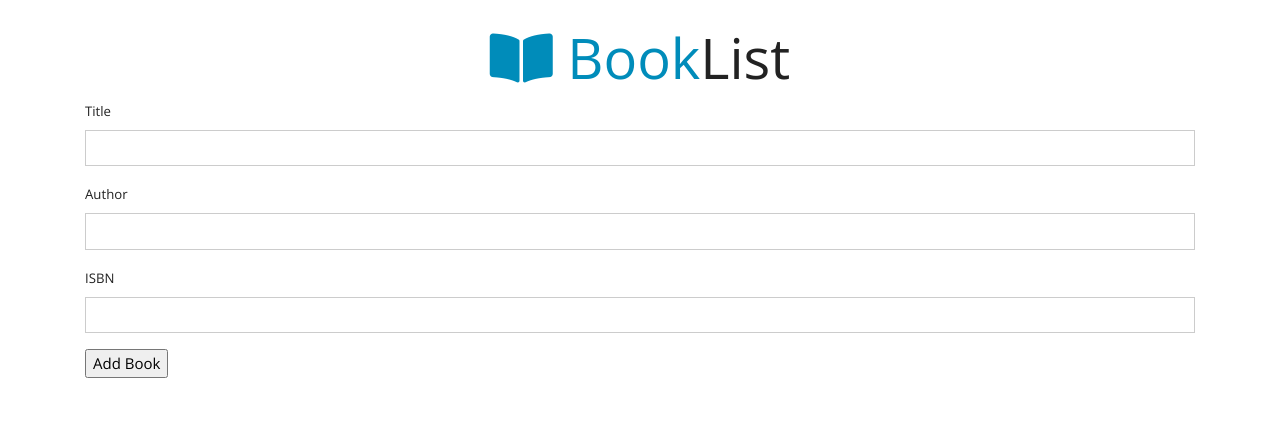
Repository: carrascomcesar/JSBOOKLIST
Page: index.html
The author's editor kept a copy of each file at every save. The page is drawn from the files as they stood at one save, then again after the next save.
The browser window is 1280 px wide. The pictures show the whole page.
Some web libraries are served in a nearby version.

Above is the page before, as saved 2021-02-01 10:42:48.

After the next save:
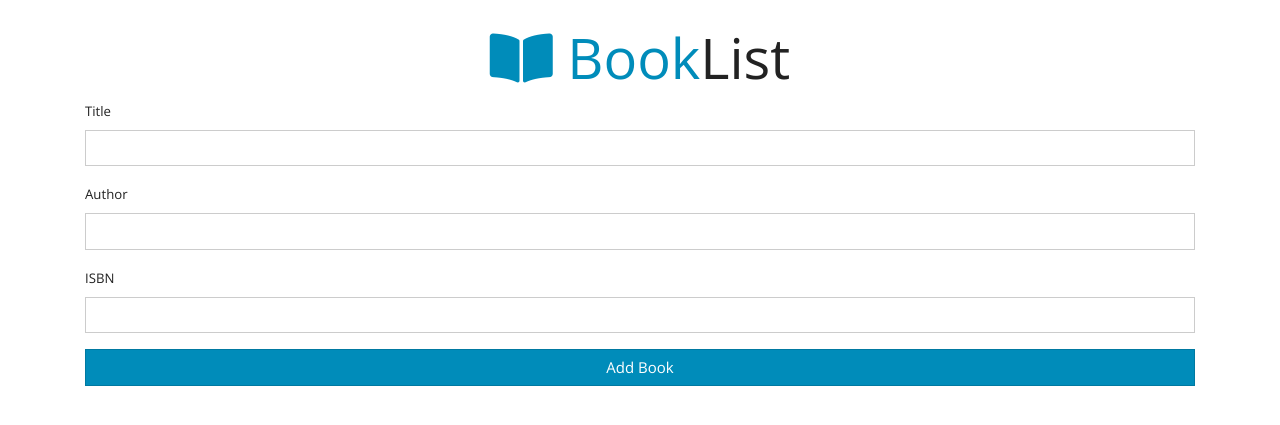
Saved 7 s later.
--- a/index.html
+++ b/index.html
@@ -28,7 +28,7 @@
                 <label for="isbn">ISBN</label>
                 <input type="text" name="" id="isbn" class="form-control">
             </div>
-            <input type="submit" value="Add Book">
+            <input type="submit" value="Add Book" class="btn btn-primary btn-block">
         </form>
     </div>
 </body>
